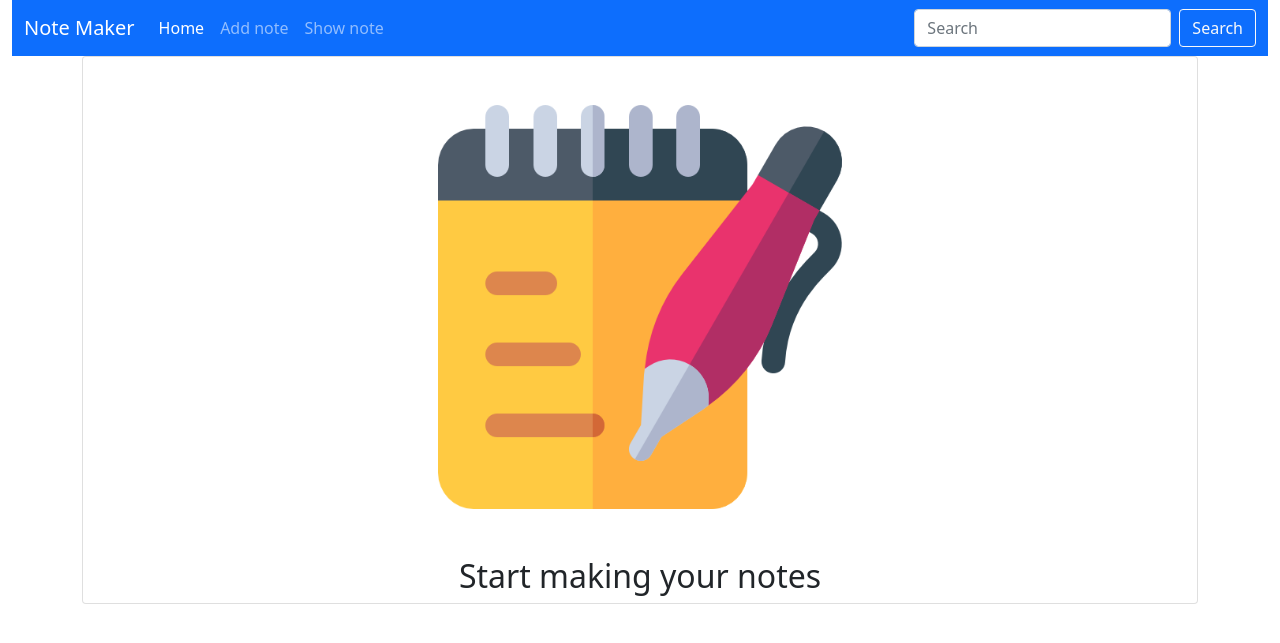
Repository: sachin1830/hibernateproject
Page: http://localhost/com.todolist/
These files come from the project's save history. The page is drawn as it stood at one moment and after the next save; the edit follows.
The browser window is 1280 px wide. The pictures show the whole page.
Some web libraries are served in a nearby version. The page is served by Tomcat 9.

Above is the page before, as saved 2021-01-23 05:58:58.

After the next save:
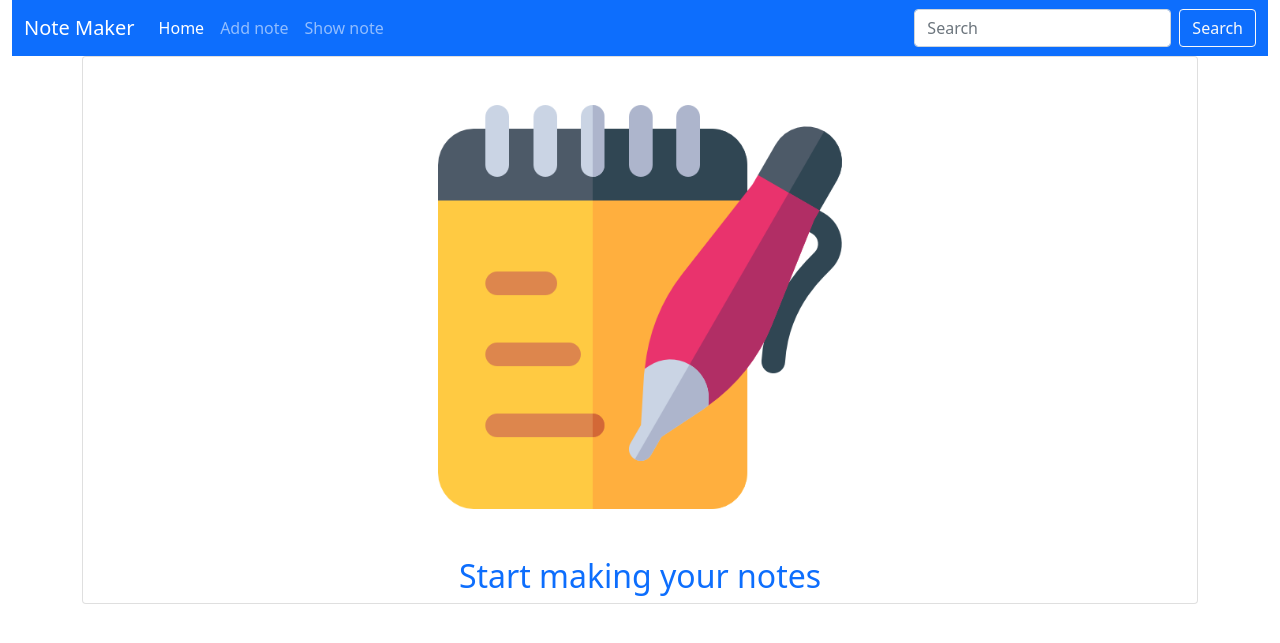
Saved 72 s later.
--- a/com.todolist/src/main/webapp/index.jsp
+++ b/com.todolist/src/main/webapp/index.jsp
@@ -17,7 +17,7 @@
   	<div class="container">
   		<div class="card">
   			<img src="img/notes.png" alt="image not found" style="max-width:500px" class="img-fluid mx-auto p-5">
-  			<h2 class="text-center">Start making your notes</h2>
+  			<h2 class="text-center text-primary">Start making your notes</h2>
   		</div>
   	</div>
 
